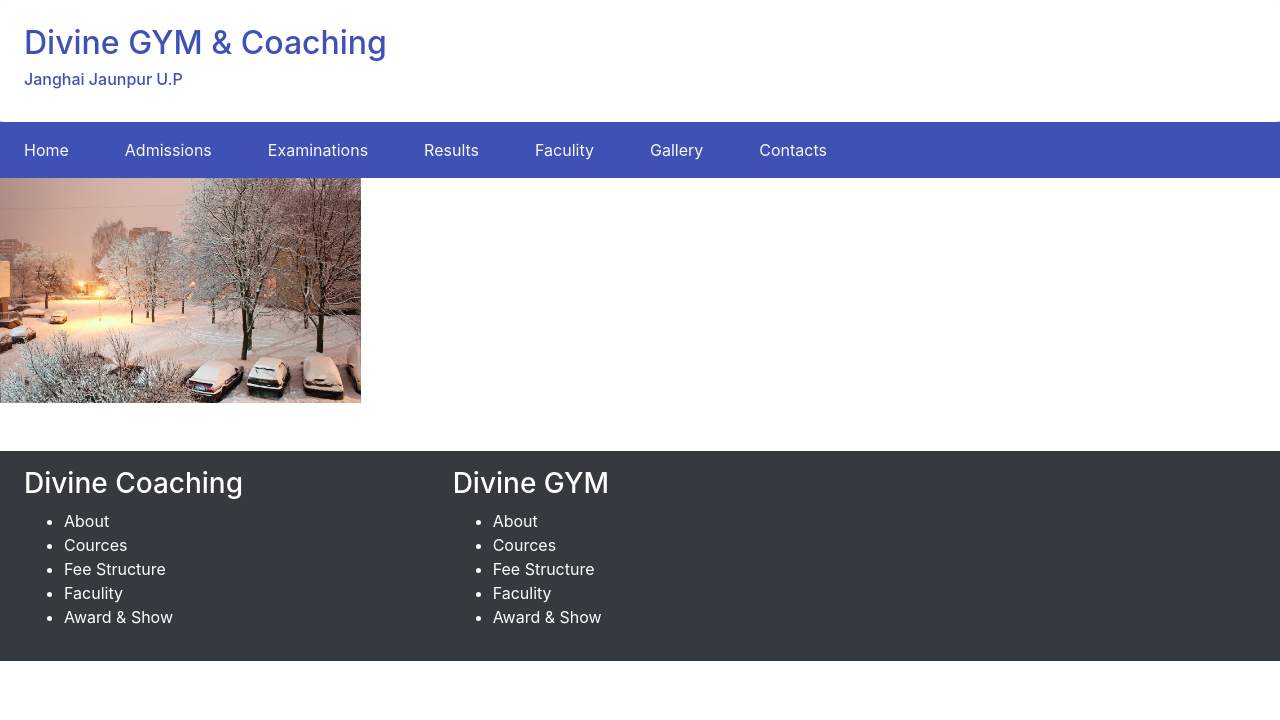
Repository: lalji-yadav/vikash-Coaching-frontend
Page: /gallery
These files come from the project's save history. The page is drawn as it stood at one moment and after the next save; the edit follows.
The browser window is 1280 px wide. The pictures show the whole page.
The project was rebuilt for these pictures with package versions that can differ from the ones it lists, and the page was loaded fresh each time. Also part of the build but not shown: src/index.css, src/home/home.js, src/component/admission/admission.js, src/component/examination/examination.js, src/component/results/result.js, src/component/faculity/faculity.js.

Above is the page before, as saved 2021-04-10 21:48:43.

After the next save:
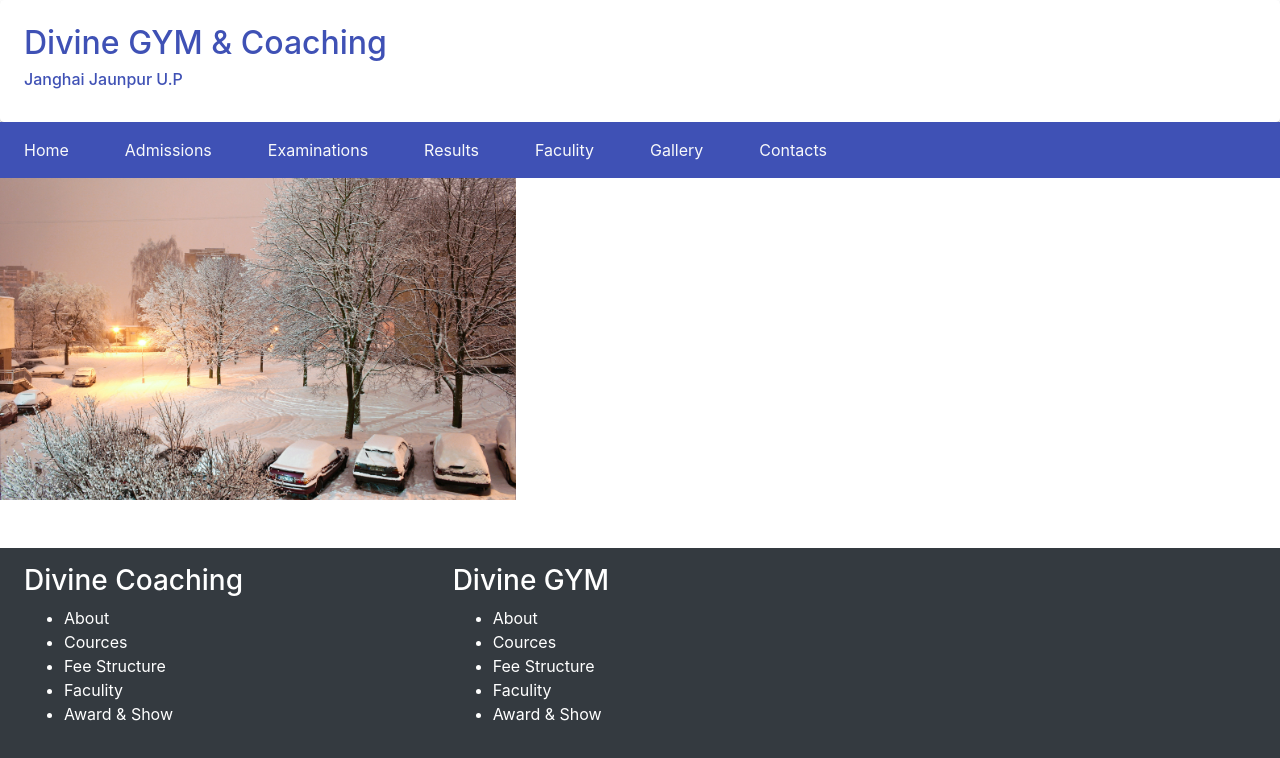
Saved 20 s later.
--- a/src/component/gallery/gallery.js
+++ b/src/component/gallery/gallery.js
@@ -8,7 +8,7 @@ class gallery extends Component {
                 <div className="row">
                     <div className="col-md-5">
 
-                        <img style={{width:"70%"}} src={process.env.PUBLIC_URL + '/image/gallery/Admin/0 (22) - Copy.jpg'} alt="" />
+                        <img style={{width:"100%"}} src={process.env.PUBLIC_URL + '/image/gallery/Admin/0 (22) - Copy.jpg'} alt="" />
 
                     </div>
 
